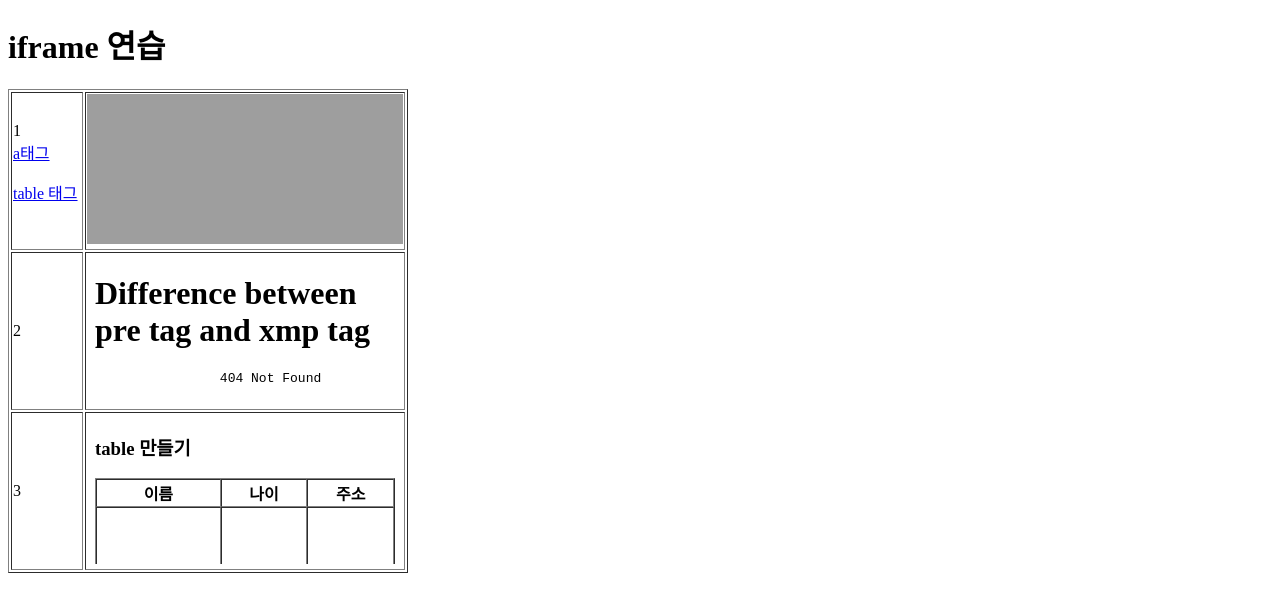
Repository: JeongHyeongKim/practice_myself
Page: Si_basic/WebProject/setp01_HTMLCS/WebContent/HTML/ex06_iframe.html
An editor plug-in stored every save of this project. The page is shown before and after the next save, followed by the edit.
The browser window is 1280 px wide. The pictures show the whole page.
Pictures or frames that could not be fetched are drawn as grey boxes.

Above is the page before, as saved 2019-04-22 06:30:03.

### Si_basic/WebProject/setp01_HTMLCS/WebContent/HTML/ex06_iframe.html
<!DOCTYPE html>
<html>
<head>
	<meta charset="UTF-8">
	<title>Insert title here</title>
</head>
	<body>
		<h1>iframe 연습</h1>

		<table border="1" width="400" height="300">
			<tbody>
				<tr>
					<td>
						1<br>
						<a href="ex02_aTag.html" target="a">a태그</a><p>
						<a href="ex03_tableTag.html" target="c">table 태그</a>
					</td>
					<td><iframe src="http://www.daum.net" name="a" frameborder="0" width="100%"></iframe></td>
				</tr>

				<tr>
					<td>2</td>
					<td><iframe src="./ex01_pre_xmp.html" name="b" frameborder="0" width="100%"></iframe></td>
				</tr>

				<tr>
					<td>3</td>
					<td><iframe src="./ex03_tableTag.html" name="c" frameborder="0" width="100%"></iframe></td>
				</tr>
			</tbody>
		</table>
	</body>
</html>

### Si_basic/WebProject/setp01_HTMLCS/WebContent/HTML/ex01_pre_xmp.html
<!DOCTYPE html>
<html>
	<head>
	<meta charset="UTF-8">
	<title>200 OK</title>
	</head>
<body>
<!--
	개행 : <br>
	단락 구분 : <p>
	*block 요소 : 기본적으러ㅗ 한 행을 다 차지하는 개행이 되는 요소들(p, div, h...)
	*inline 요소 : 해당하는 영역만큼만 차지하는 요소 - 개행이 안된다 (a, span ...)

	*HTML은 시작 태그와 닫는 태그 한쌍으로 이루어짐
	-> 만약에 요소 사이에 content가 없다면 시작 태그만 사용가능하다.
	<p></p> or <p/>

	* 특수문자
	&nbsp; - 공백
	&amp; - &
	&gt; - >
	&lt; - <
	&quot; - '

	<pre>태그는 안에 있는 태그를 인식하지만,  <xmp>는 안에 있는 태그 까지도 전부 문자로 인식한다.

-->
	<h1>Difference between pre tag and xmp tag</h1>
	<pre>
		404 Not Found
		<h3>403 Forbidden</h3>
		you don't have permission in this file or directory.
	</pre>

	<hr>

	<xmp>
		404 Not Found
		<h3>403 Forbidden</h3>
		you don't have permission in this file or directory.
	</xmp>

</body>
</html>

### Si_basic/WebProject/setp01_HTMLCS/WebContent/HTML/ex03_tableTag.html
<!DOCTYPE html>
<html>
	<head>
		<meta charset="UTF-8">
		<title>Table Tag</title>
	</head>
	<body>
		<h3>table 만들기</h3>
		<table border="1" height="400" width="300" cellspacing="0">
			<thead>
				<tr>
					<th>이름</th>
					<th>나이</th>
					<th>주소</th>
				</tr>
			</thead>
			<tbody>
				<tr>
					<td>갈매기</td>
					<td>1</td>
					<td>푸싼</td>
				</tr>
			</tbody>
		</table>


		<hr>

		<table border="1" cellpadding="10" align="center">
			<caption><h3>가로셀 병합</h3></caption>
			<tbody>
				<tr>
					<td>A</td>
					<td>B</td>
				</tr>
				<tr>
					<td colspan="2">C</td>
					<!--<td>D</td>-->
				</tr>
			</tbody>
		</table>
		<hr>


		<table border="1" cellpadding="10" align="center">
			<caption><h3>세로셀 병합</h3></caption>
			<tbody>
				<tr>
					<td rowspan="2">A</td>
					<td>B</td>
				</tr>
				<tr>
					<!-- <td>C</td> -->
					<td>D</td>
				</tr>
			</tbody>
		</table>
		<hr>

		<table border="1" cellpadding="10" align="center" style='text-align:center'>
			<caption><h3>test</h3></caption>
			<tbody>
				<tr>
					<td colspan="3">A</td>

				</tr>
				<tr>
					<td rowspan="3">B</td>
					<td colspan="2">C</td>

				</tr>
				<tr>

					<td>D</td>
					<td>E</td>
				</tr>
				<tr>

					<td>F</td>
					<td>G</td>
				</tr>
				<tr>
					<td rowspan="2">H</td>
					<td colspan="2">I</td>

				</tr>
				<tr>
					<td>J</td>
					<td>K</td>
				</tr>
			</tbody>
		</table>
		<hr>

	</body>
</html>

### Si_basic/WebProject/setp01_HTMLCS/WebContent/HTML/ex05_formTag.html
<!DOCTYPE html>
<html>
<head>
	<meta charset="UTF-8">
	<title></title>
</head>
	<body>
		<h1>Form 양식</h1>
		<form action="http://www.daum.net" method="post" novalidate="novalidate">
			아이디  : <input type="text" id="id" name="id" placeholder="Please insert your id" required="required"/><br>
			날짜 : <input type="date" name="birth"/><br>
			이메일 : <input type="email" name="email"/>
			<!--  type="disabled => 넘어가지 않음 readonly => 읽기 전용" -->
			<fieldset>
				<legend>성별</legend>
				<input type="radio" name="gender" value="남자">남자
				<input type="radio" name="gender" value="여자">여자
			</fieldset>
			<textarea rows="10"cols="20" name="content">안녕하세용</textarea>

			<select name="fruit" size="3" multiple="multiple">
				<option>--선택해라..</option>
				<option value="사과">사과</option>
				<option value="딸기">포도</option>
				<option value="딸기">딸기</option>
			</select>


			<!--  type="button | submit | reset" -->
			<input type="submit" value="전송하기"/>
		</form>

	</body>
</html>

After the next save:
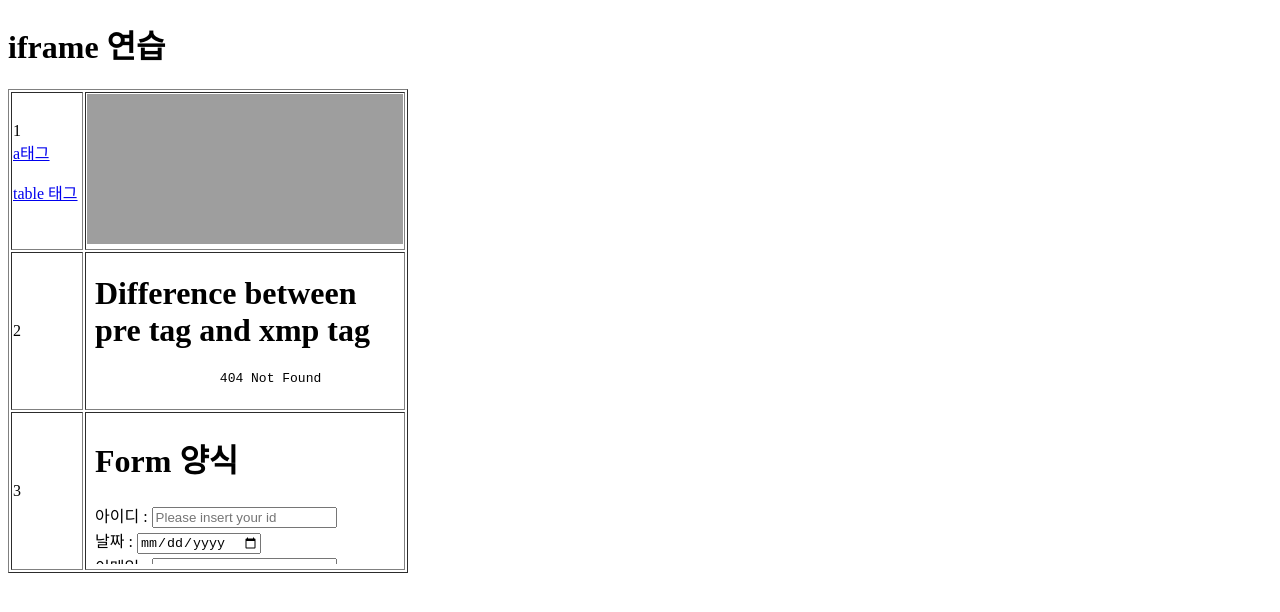
Saved 17 s later.
--- a/Si_basic/WebProject/setp01_HTMLCS/WebContent/HTML/ex06_iframe.html
+++ b/Si_basic/WebProject/setp01_HTMLCS/WebContent/HTML/ex06_iframe.html
@@ -25,7 +25,7 @@
 
 				<tr>
 					<td>3</td>
-					<td><iframe src="./ex03_tableTag.html" name="c" frameborder="0" width="100%"></iframe></td>
+					<td><iframe src="./ex05_formTag.html" name="c" frameborder="0" width="100%"></iframe></td>
 				</tr>
 			</tbody>
 		</table>
